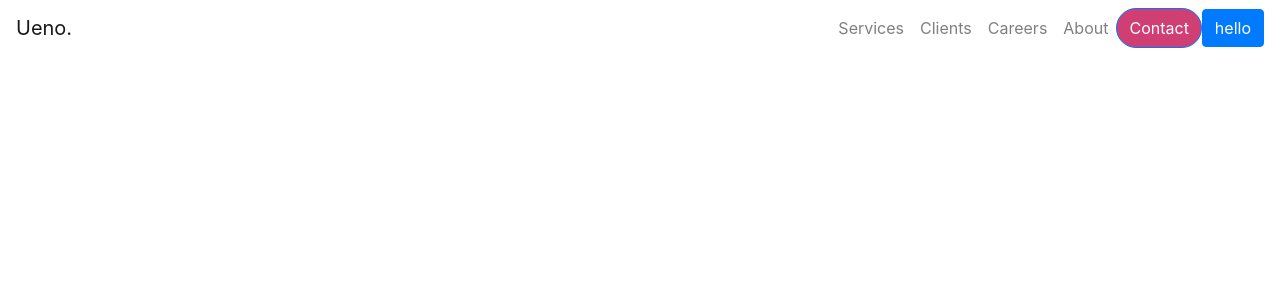
Repository: DeepaPrasanna/UenoClone
Page: /
The author's editor kept a copy of each file at every save. The page is drawn from the files as they stood at one save, then again after the next save.
The browser window is 1280 px wide. The pictures show the whole page.
The project was rebuilt for these pictures with package versions that can differ from the ones it lists, and the page was loaded fresh each time.

Above is the page before, as saved 2021-05-03 02:23:01.

After the next save:
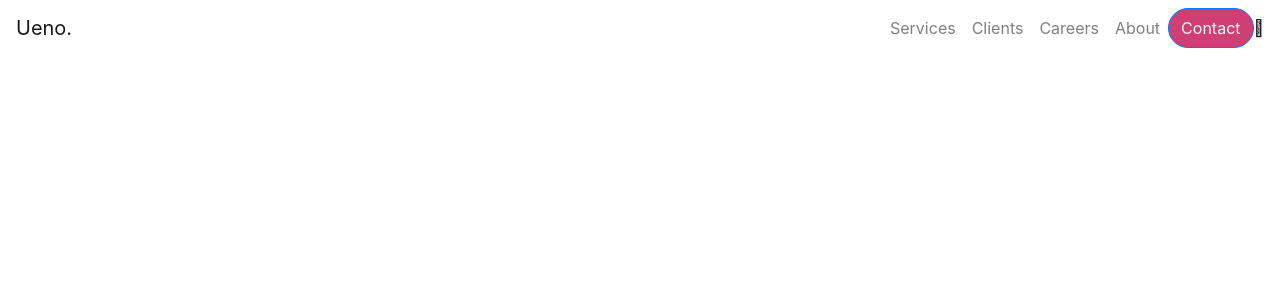
Saved 89 s later.
--- a/src/components/Header.js
+++ b/src/components/Header.js
@@ -18,7 +18,7 @@
               Contact
             </Button>
           </Nav>
-          <Button>hello</Button>
+          <i class="fal fa-bars"></i>
         </Navbar.Collapse>
       </Navbar>
     </div>
